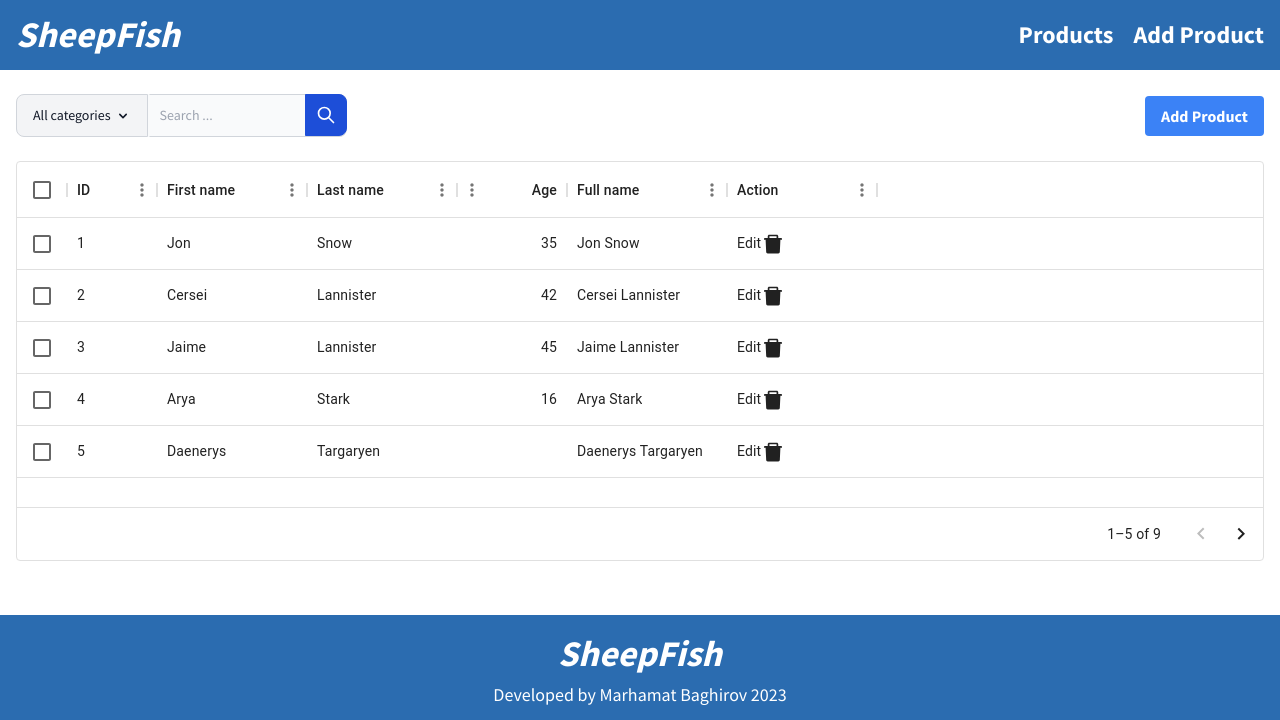
Repository: Marhamat92/sheep-fish-task
Page: /
The author's editor kept a copy of each file at every save. The page is drawn from the files as they stood at one save, then again after the next save.
The browser window is 1280 px wide. The pictures show the whole page.
The project was rebuilt for these pictures with package versions that can differ from the ones it lists, and the page was loaded fresh each time. Also part of the build but not shown: src/App.css.

Above is the page before, as saved 2023-03-28 17:56:30.

### public/index.html
<!DOCTYPE html>
<html lang="en">

<head>
  <meta charset="utf-8" />
  <link rel="icon" href="%PUBLIC_URL%/favicon.ico" />
  <meta name="viewport" content="width=device-width, initial-scale=1" />
  <meta name="theme-color" content="#000000" />
  <meta name="description" content="Web site created using create-react-app" />
  <link rel="apple-touch-icon" href="%PUBLIC_URL%/logo192.png" />
  <link rel="preconnect" href="https://fonts.googleapis.com">
  <link rel="preconnect" href="https://fonts.gstatic.com" crossorigin>
  <link href="https://fonts.googleapis.com/css2?family=Source+Sans+Pro:wght@200;300;400;600;700;900&display=swap"
    rel="stylesheet">
  <!--
      manifest.json provides metadata used when your web app is installed on a
      user's mobile device or desktop. See https://developers.google.com/web/fundamentals/web-app-manifest/
    -->
  <link rel="manifest" href="%PUBLIC_URL%/manifest.json" />
  <!--
      Notice the use of %PUBLIC_URL% in the tags above.
      It will be replaced with the URL of the `public` folder during the build.
      Only files inside the `public` folder can be referenced from the HTML.

      Unlike "/favicon.ico" or "favicon.ico", "%PUBLIC_URL%/favicon.ico" will
      work correctly both with client-side routing and a non-root public URL.
      Learn how to configure a non-root public URL by running `npm run build`.
    -->
  <title>SheepFish</title>
</head>

<body>
  <noscript>You need to enable JavaScript to run this app.</noscript>
  <div id="root"></div>
  <!--
      This HTML file is a template.
      If you open it directly in the browser, you will see an empty page.

      You can add webfonts, meta tags, or analytics to this file.
      The build step will place the bundled scripts into the <body> tag.

      To begin the development, run `npm start` or `yarn start`.
      To create a production bundle, use `npm run build` or `yarn build`.
    -->
</body>

</html>

### src/index.css
@tailwind base;
@tailwind components;
@tailwind utilities;


body {
  font-family: 'Source Sans Pro', sans-serif;
}

code {
  font-family: 'Source Sans Pro', sans-serif;
}

### src/App.tsx
import React from "react";
import logo from "./logo.svg";
import "./App.css";
import Header from "./components/Header";
import Layout from "./Layout/Layout";
import BaseRouter from "./routes";

function App() {
  return (
    <div>
      <Layout>
        <BaseRouter />
      </Layout>
    </div>
  );
}

export default App;

### src/Layout/Layout.tsx
import React from "react";
import Header from "../components/Header";
import Footer from "../components/Footer";

type Props = {
  children: React.ReactNode;
};

const Layout = ({ children }: Props) => {
  return (
    <div>
      <Header />
      {children}
      <Footer />
    </div>
  );
};

export default Layout;

### src/routes.js
import { Route, Routes } from "react-router-dom";
import React from "react";
import ProductList from "./pages/Products/ProductList";
import AddProduct from "./pages/Products/AddProduct";

const BaseRouter = () => (
  <Routes>
    <Route exact path="/" element={
      <ProductList />
    } />
    <Route exact path="/products"
      element={
        <ProductList />
      }
    />
    <Route exact path="/products/add" element={
      <AddProduct />
    } />
  </Routes>
);

export default BaseRouter;

### src/components/Header.tsx
import React, { useEffect, useState } from "react";
import { Link } from "react-router-dom";
import { BiMenu } from "react-icons/bi";

type Props = {};

const Header = (props: Props) => {
  const [mobileMenu, setMobileMenu] = useState(false);
  const [showMobileMenu, setShowMobileMenu] = useState(false);

  const checkScreenSize = () => {
    if (window.innerWidth <= 768) {
      setMobileMenu(true);
    } else {
      setMobileMenu(false);
      setShowMobileMenu(false);
    }
  };

  useEffect(() => {
    checkScreenSize();
    window.addEventListener("resize", checkScreenSize);
    return () => {
      window.removeEventListener("resize", checkScreenSize);
    };
  }, [mobileMenu]);

  return (
    <div className=' bg-mainPrimary '>
      <div className='container flex flex-row justify-between items-center py-2'>
        <div>
          <h1
            className='
            text-4xl font-bold text-white italic
          '
          >
            SheepFish
          </h1>
        </div>
        {mobileMenu ? (
          <BiMenu
            onClick={() => {
              setShowMobileMenu(true);
            }}
            className='text-3xl text-white'
          />
        ) : (
          <div className='flex flex-row justify-between space-x-5'>
            <Link to='/products'>
              <div
                className='text-2xl font-bold text-white hover:underline transition-all duration-300
          cursor-pointer'
              >
                Products
              </div>
            </Link>
            <Link to='/products/add'>
              <div className='text-2xl font-bold text-white hover:underline transition-all duration-300 cursor-pointer'>
                Add Product
              </div>
            </Link>
          </div>
        )}
        {showMobileMenu && (
          <div className='bg-mainTertiary h-screen absolute top-0 left-0 right-0 '>
            <div className='flex flex-col justify-center items-center'>
              <div className='text-2xl font-bold text-white hover:underline transition-all duration-300 cursor-pointer'>
                Products
              </div>
              <div className='text-2xl font-bold text-white hover:underline transition-all duration-300 cursor-pointer'>
                Add Product
              </div>
            </div>
          </div>
        )}
      </div>
    </div>
  );
};

export default Header;

### src/components/Footer.tsx
import React from "react";

type Props = {};

const Footer = ({}: Props) => {
  return (
    <div className='bg-mainPrimary py-3 absolute bottom-0 w-full'>
      <div className='container mx-auto flex flex-col items-center justify-center'>
        <h1 className='text-4xl font-bold text-white italic text-center'>
          SheepFish
        </h1>
        <p className='text-white font-regular text-lg text-center'>
          Developed by Marhamat Baghirov {new Date().getFullYear()}
        </p>
      </div>
    </div>
  );
};

export default Footer;

### src/pages/Products/ProductList.tsx
import React from "react";
import SearchField from "../../components/SearchField";
import ListTable from "../../components/ListTable";

type Props = {};

function ProductList({}: Props) {
  const rows = [
    { id: 1, lastName: "Snow", firstName: "Jon", age: 35 },
    { id: 2, lastName: "Lannister", firstName: "Cersei", age: 42 },
    { id: 3, lastName: "Lannister", firstName: "Jaime", age: 45 },
    { id: 4, lastName: "Stark", firstName: "Arya", age: 16 },
    { id: 5, lastName: "Targaryen", firstName: "Daenerys", age: null },
    { id: 6, lastName: "Melisandre", firstName: null, age: 150 },
    { id: 7, lastName: "Clifford", firstName: "Ferrara", age: 44 },
    { id: 8, lastName: "Frances", firstName: "Rossini", age: 36 },
    { id: 9, lastName: "Roxie", firstName: "Harvey", age: 65 },
  ];

  return (
    <div className='container mt-6'>
      <div className='flex justify-between items-center'>
        <div>
          <SearchField />
        </div>
        <div>
          <button className='bg-blue-500 hover:bg-blue-700 text-white font-bold py-2 px-4 rounded'>
            Add Product
          </button>
        </div>
      </div>
      <div className='mt-6'>
        <ListTable dataRows={rows} />
      </div>
    </div>
  );
}

export default ProductList;

### src/components/SearchField.tsx
import React from "react";

type Props = {};

const SearchField = (props: Props) => {
  return (
    <form className=''>
      <div className='flex'>
        <label
          htmlFor='search-dropdown'
          className='mb-2 text-sm font-medium text-gray-900 sr-only dark:text-white'
        >
          Your Email
        </label>
        <button
          id='dropdown-button'
          data-dropdown-toggle='dropdown'
          className='flex-shrink-0 z-10 inline-flex items-center py-2.5 px-4 text-sm font-medium text-center text-gray-900 bg-gray-100 border border-gray-300 rounded-l-lg hover:bg-gray-200 focus:ring-4 focus:outline-none focus:ring-gray-100 dark:bg-gray-700 dark:hover:bg-gray-600 dark:focus:ring-gray-700 dark:text-white dark:border-gray-600'
          type='button'
        >
          All categories{" "}
          <svg
            aria-hidden='true'
            className='w-4 h-4 ml-1'
            fill='currentColor'
            viewBox='0 0 20 20'
            xmlns='http://www.w3.org/2000/svg'
          >
            <path
              fill-rule='evenodd'
              d='M5.293 7.293a1 1 0 011.414 0L10 10.586l3.293-3.293a1 1 0 111.414 1.414l-4 4a1 1 0 01-1.414 0l-4-4a1 1 0 010-1.414z'
              clip-rule='evenodd'
            ></path>
          </svg>
        </button>
        <div
          id='dropdown'
          className='z-10 hidden bg-white divide-y divide-gray-100 rounded-lg shadow w-44 dark:bg-gray-700'
        >
          <ul
            className='py-2 text-sm text-gray-700 dark:text-gray-200'
            aria-labelledby='dropdown-button'
          >
            <li>
              <button
                type='button'
                className='inline-flex w-full px-4 py-2 hover:bg-gray-100 dark:hover:bg-gray-600 dark:hover:text-white'
              >
                Mockups
              </button>
            </li>
            <li>
              <button
                type='button'
                className='inline-flex w-full px-4 py-2 hover:bg-gray-100 dark:hover:bg-gray-600 dark:hover:text-white'
              >
                Templates
              </button>
            </li>
            <li>
              <button
                type='button'
                className='inline-flex w-full px-4 py-2 hover:bg-gray-100 dark:hover:bg-gray-600 dark:hover:text-white'
              >
                Design
              </button>
            </li>
            <li>
              <button
                type='button'
                className='inline-flex w-full px-4 py-2 hover:bg-gray-100 dark:hover:bg-gray-600 dark:hover:text-white'
              >
                Logos
              </button>
            </li>
          </ul>
        </div>
        <div className='relative w-full'>
          <input
            type='search'
            id='search-dropdown'
            className='block p-2.5 w-full z-20 text-sm text-gray-900 bg-gray-50 rounded-r-lg border-l-gray-50 border-l-2 border border-gray-300    dark:placeholder-gray-400 dark:text-white  focus:ring-transparent first-letter:
            focus:ring-4 focus:outline-none focus:ring-blue-300 dark:bg-gray-600
            '
            placeholder='Search ...'
            required
          />
          <button
            type='submit'
            className='absolute top-0 right-0 p-2.5 text-sm font-medium text-white bg-blue-700 rounded-r-lg border border-blue-700 hover:bg-blue-800 focus:ring-4 focus:outline-none focus:ring-blue-300 dark:bg-blue-600 dark:hover:bg-blue-700 dark:focus:ring-blue-800'
          >
            <svg
              aria-hidden='true'
              className='w-5 h-5'
              fill='none'
              stroke='currentColor'
              viewBox='0 0 24 24'
              xmlns='http://www.w3.org/2000/svg'
            >
              <path
                stroke-linecap='round'
                stroke-linejoin='round'
                stroke-width='2'
                d='M21 21l-6-6m2-5a7 7 0 11-14 0 7 7 0 0114 0z'
              ></path>
            </svg>
            <span className='sr-only'>Search</span>
          </button>
        </div>
      </div>
    </form>
  );
};

export default SearchField;

### src/components/ListTable.tsx
import React from "react";
import Box from "@mui/material/Box";
import { DataGrid, GridColDef, GridValueGetterParams } from "@mui/x-data-grid";
import { Link } from "react-router-dom";
import { AiFillDelete } from "react-icons/ai";

type Props = {
  dataRows: any;
};

const ListTable = ({ dataRows }: Props) => {
  const columns: GridColDef[] = [
    { field: "id", headerName: "ID", width: 90 },
    {
      field: "firstName",
      headerName: "First name",
      width: 150,
      editable: true,
    },
    {
      field: "lastName",
      headerName: "Last name",
      width: 150,
      editable: true,
    },
    {
      field: "age",
      headerName: "Age",
      type: "number",
      width: 110,
      editable: true,
    },
    {
      field: "fullName",
      headerName: "Full name",
      description: "This column has a value getter and is not sortable.",
      sortable: false,
      width: 160,
      valueGetter: (params: GridValueGetterParams) =>
        `${params.row.firstName || ""} ${params.row.lastName || ""}`,
    },
    {
      field: "action",
      headerName: "Action",
      width: 150,
      renderCell: (params) => {
        return (
          <>
            <Link to={"/product/" + params.row.id}>
              <button className='productListEdit'>Edit</button>
            </Link>
            <AiFillDelete
              onClick={() => {
                removeProduct(params.row.id);
              }}
              className='text-2xl'
            />
          </>
        );
      },
    },
  ];

  const removeProduct = (id: any) => {
    console.log(id);
  };

  return (
    <Box sx={{ height: 400, width: "100%" }}>
      <DataGrid
        rows={dataRows}
        columns={columns}
        initialState={{
          pagination: {
            paginationModel: {
              pageSize: 5,
            },
          },
        }}
        pageSizeOptions={[5]}
        checkboxSelection
        disableRowSelectionOnClick
      />
    </Box>
  );
};

export default ListTable;

### tailwind.config.js
/** @type {import('tailwindcss').Config} */
module.exports = {
  content: ["./src/**/*.{js,jsx,ts,tsx}",],
  theme: {
    extend: {
      colors: {
        "textPrimary": "#1a202c",
        "textSecondary": "#2d3748",
        "textTertiary": "#4a5568",
        "mainPrimary": "#2b6cb0",
        "mainSecondary": "#4299e1",
        "mainTertiary": "#63b3ed",
        "success": "#48bb78",
        "danger": "#e53e3e",
        "warning": "#dd6b20",
        "info": "#3182ce",
        "light": "#f7fafc",
        "dark": "#1a202c",
        "white": "#fff",
        "black": "#000",
        //close this
      },
      fontFamily: {
        sans: ["Roboto", "sans-serif"],
      },
      fontSize: {
        "xs": ".75rem",
        "sm": ".875rem",
        "tiny": ".875rem",
        "base": "1rem",
        "lg": "1.125rem",
        "xl": "1.25rem",
        "2xl": "1.5rem",
        "3xl": "1.875rem",
        "4xl": "2.25rem",
        "5xl": "3rem",
        "6xl": "4rem",
        "7xl": "5rem",
        "8xl": "6rem",
        "9xl": "7rem",
        "10xl": "8rem",
      },
      spacing: {
        "0": "0",
        "1": "0.25rem",
        "2": "0.5rem",
        "3": "0.75rem",
        "4": "1rem",
        "5": "1.25rem",
        "6": "1.5rem",
        "8": "2rem",
      },
      boxShadow: {
        "xs": "0 0 0 1px rgba(0, 0, 0, 0.05)",
        "sm": "0 1px 2px 0 rgba(0, 0, 0, 0.05)",
        "default": "0 1px 3px 0 rgba(0, 0, 0, 0.1), 0 1px 2px 0 rgba(0, 0, 0, 0.06)",
        "md": "0 4px 6px -1px rgba(0, 0, 0, 0.1), 0 2px 4px -1px rgba(0, 0, 0, 0.06)",
        "lg": "0 10px 15px -3px rgba(0, 0, 0, 0.1), 0 4px 6px -2px rgba(0, 0, 0, 0.05)",
        "xl": "0 20px 25px -5px rgba(0, 0, 0, 0.1), 0 10px 10px -5px rgba(0, 0, 0, 0.04)",
        "2xl": "0 25px 50px -12px rgba(0, 0, 0, 0.25)",
      },
      screens: {
        "xs": "320px",
        "sm": "640px",
        "md": "768px",
        "lg": "1024px",
        "xl": "1280px",
        "2xl": "1536px",
      },

      container: {
        center: true,
        padding: "1rem",
      },

    },
    plugins: [




    ],
  }
}

Loaded but not shown: src/index.tsx (common file); src/reportWebVitals.ts (common file); src/pages/Products/AddProduct.tsx (no stored copy; drawn as an empty file)

After the next save:
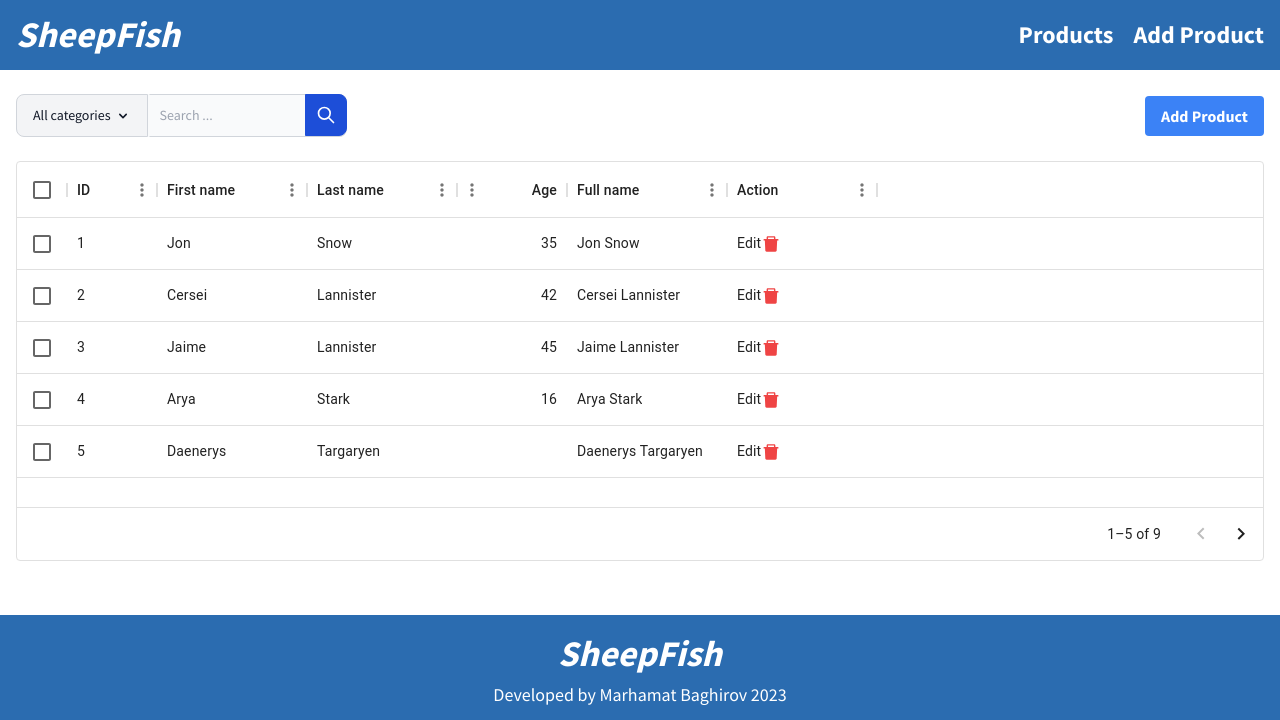
Saved 12 s later.
--- a/src/components/ListTable.tsx
+++ b/src/components/ListTable.tsx
@@ -53,7 +53,7 @@
               onClick={() => {
                 removeProduct(params.row.id);
               }}
-              className='text-2xl'
+              className='text-xl text-red-500 cursor-pointer'
             />
           </>
         );
